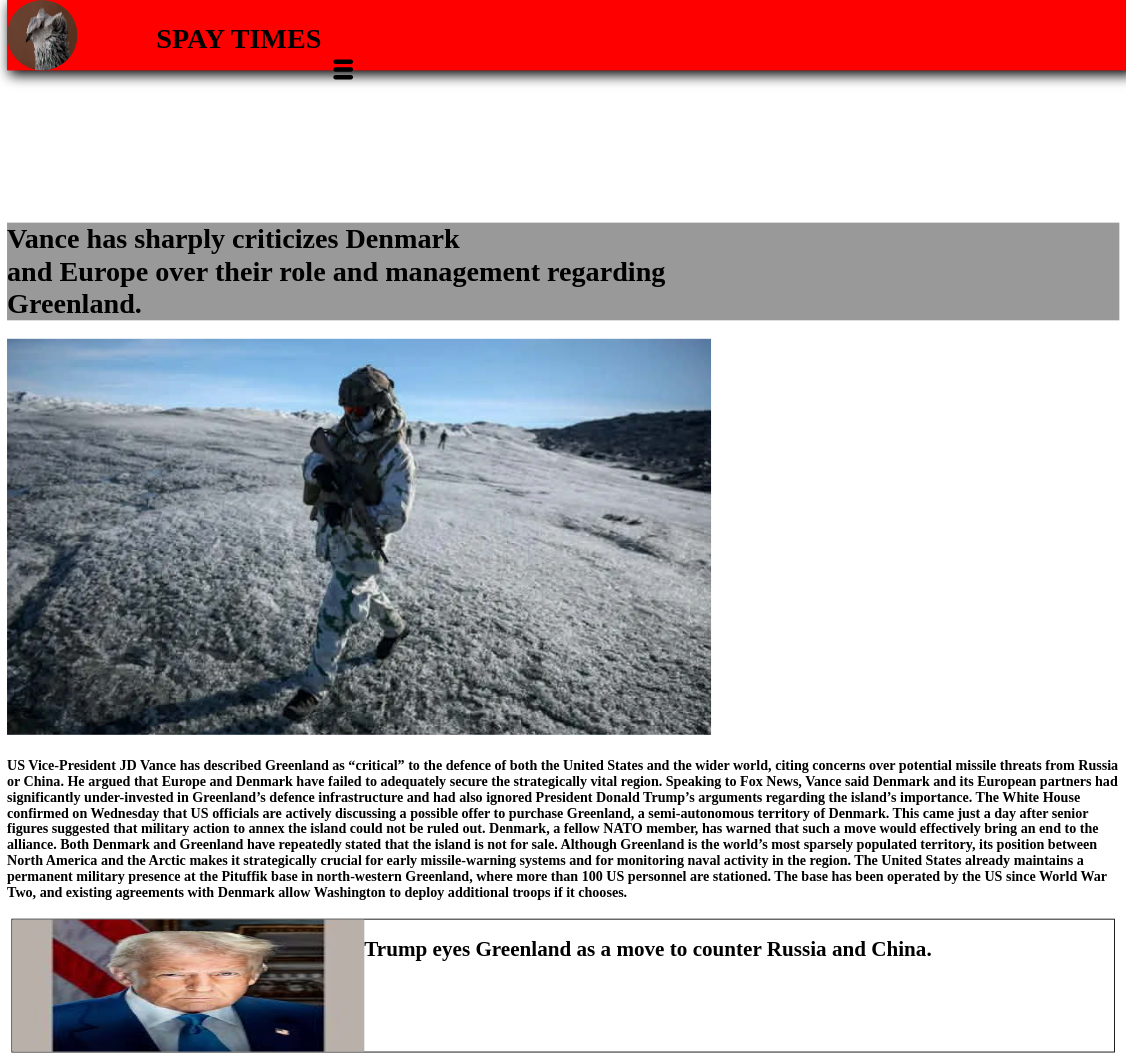
Repository: ridhukhan/spytimes
Page: /
The author's editor kept a copy of each file at every save. The page is drawn from the files as they stood at one save, then again after the next save.
The browser window is 1280 px wide. The pictures show the whole page, at 88% of full size.
The project was rebuilt for these pictures with package versions that can differ from the ones it lists, and the page was loaded fresh each time. Also part of the build but not shown: vite.config.js, src/nav/Navbar.css, src/components/policy/PrivecyPolicy.jsx, src/components/policy/Terms.jsx.

Above is the page before, as saved 2026-01-10 20:27:39.

After the next save:
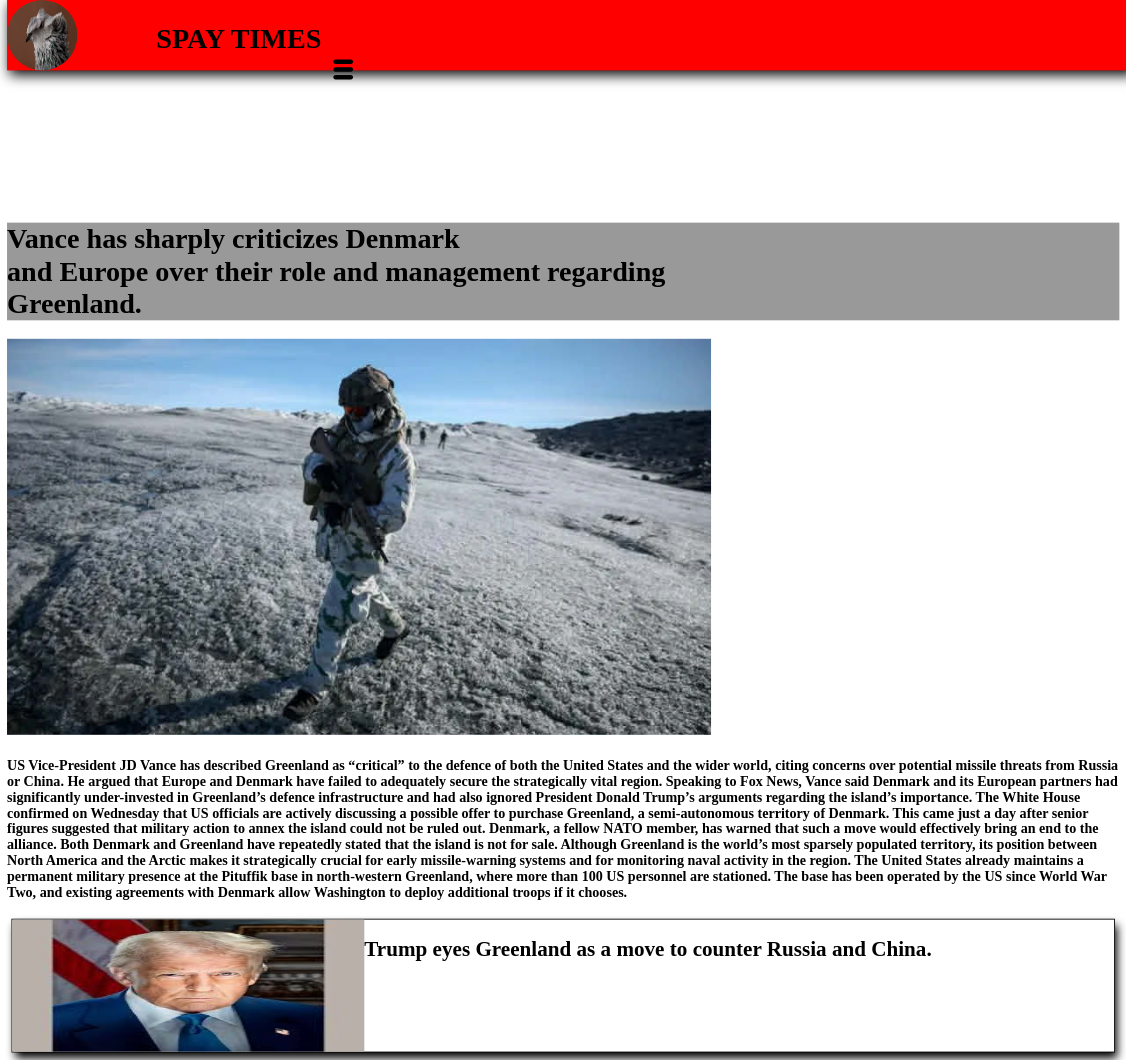
Saved 91 s later.
--- a/src/components/trending/Trending.jsx
+++ b/src/components/trending/Trending.jsx
@@ -2,7 +2,7 @@ import React from 'react'
 import donaldtrump from "../../assets/donaldtrump.jpeg"
 const Trending = () => {
   return (
-    <div style={{display:"flex", marginTop:"5%", border:"1px solid black", margin:"5px"}}>
+    <div style={{display:"flex", marginTop:"5%", border:"1px solid black", margin:"5px", boxShadow:"4px 7px 10px black"}}>
 
 <img src={donaldtrump} alt="donaldtrump" style={{width:"400px", height:"150px"}}/>
 <h2>Trump eyes Greenland as a move to counter Russia and China.</h2>
